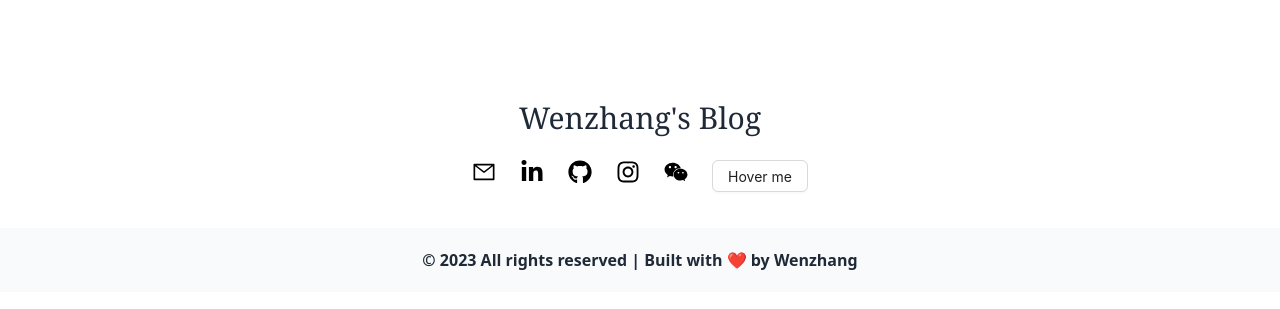
Repository: RealWenzhangGe/Wenzhang-s-Blog
Page: /components/Footer
These files come from the project's save history. The page is drawn as it stood at one moment and after the next save; the edit follows.
The browser window is 1280 px wide. The pictures show the whole page.
The project was rebuilt for these pictures with package versions that can differ from the ones it lists, and the page was loaded fresh each time. The framework's server and built-in components were replaced by stand-ins that run in the browser. Also part of the build but not shown: next.config.js.

Above is the page before, as saved 2023-02-28 18:52:49.

### pages/components/Footer.tsx
import { AiOutlineMail } from "react-icons/ai";
import { FaLinkedinIn, FaGithub, FaInstagram, FaWeixin } from "react-icons/fa";
import { Button, Popover } from 'antd';
import Image from 'next/image'

const QRCodeImage = (
  <>
  <Image src="/QRCode.png" alt="QRCode" width="320" height="320"/>
  { /*
  <div>
    <p>Content</p>
    <p>Content</p>
  </div> */
  }
  </>
);

function Footer() {
 return (
   <>
     <div
       className="flex flex-col items-start justify-around w-full h-auto pt-20 md:flex-row"
       id="contact"
     >
       <div className="p-5">
         <ul>
           <p className="pb-6 font-serif text-3xl text-center text-gray-800 cursor-pointer">
             Wenzhang's Blog
           </p>
           <div className="flex gap-6 pb-4">
             <a href="mailto:wenzhangge06@qq.com">
               {" "}
               <AiOutlineMail className="text-2xl cursor-pointer hover:text-gray-600" />
             </a>
             <a
               href="https://www.linkedin.com/in/wenzhang-ge-5679a821b/"
               target="_blank"
             >
               {" "}
               <FaLinkedinIn className="text-2xl cursor-pointer hover:text-blue-600" />
             </a>
             <a href="https://github.com/RealWenzhangGe" target="_blank">
               {" "}
               <FaGithub className="text-2xl cursor-pointer hover:text-gray-600" />
             </a>
             <a href="https://www.instagram.com/wenzhang.ge/" target="_blank">
               {" "}
               <FaInstagram className="text-2xl cursor-pointer hover:text-gray-600" />
             </a>
             <a>
              {" "}
              <FaWeixin className="text-2xl cursor-pointer hover:text-gray-600">


              </FaWeixin>

             </a>

             <Popover content={QRCodeImage} trigger="hover">
      <Button>Hover me</Button>
    </Popover>













            </div>
         </ul>
       </div>
     </div>
     <div className="flex flex-col items-center justify-center p-5 text-center bg-gray-50">
       <h1 className="font-semibold text-gray-800 ">
         © 2023 All rights reserved | Built with ❤ by{" "}
         <span className="font-semibold cursor-pointer hover:text-blue-600">
           Wenzhang{" "}
         </span>
       </h1>
     </div>
   </>
 );
}

export default Footer;

### tailwind.config.js
/** @type {import('tailwindcss').Config} */
module.exports = {
  content: [
    './pages/**/*.{js,ts,jsx,tsx}',
    './components/**/*.{js,ts,jsx,tsx}',
    './app/**/*.{js,ts,jsx,tsx}',
  ],
  theme: {
    extend: {},
  },
  plugins: []
}

Loaded but not shown: pages/_app.tsx (common file); styles/globals.css (common file)

After the next save:
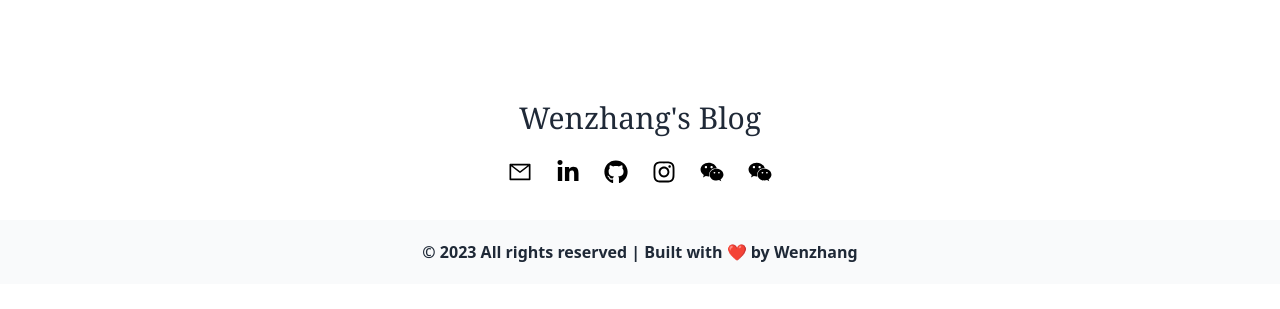
Saved 43 s later.
--- a/pages/components/Footer.tsx
+++ b/pages/components/Footer.tsx
@@ -57,7 +57,8 @@ function Footer() {
              </a>
 
              <Popover content={QRCodeImage} trigger="hover">
-      <Button>Hover me</Button>
+              {" "}
+              <FaWeixin className="text-2xl cursor-pointer hover:text-gray-600" />
     </Popover>
 
 
